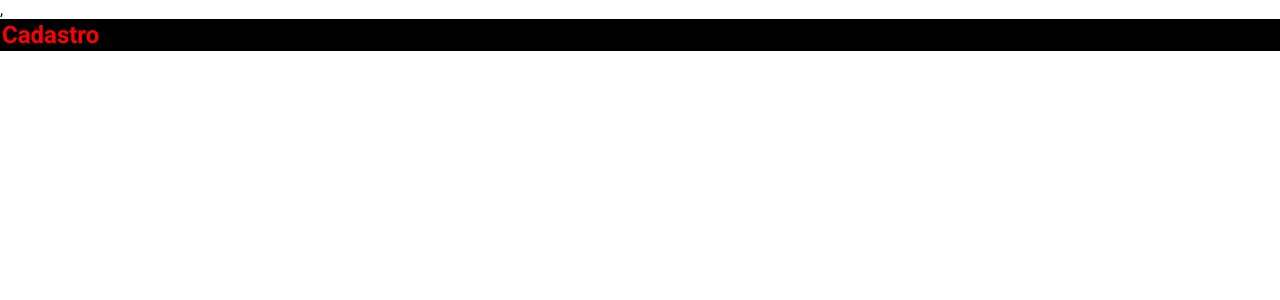
Repository: lcluizrj/meu-projeto-vscode
Page: / (app in cadastro-usuarios-devclub/)
An editor plug-in stored every save of this project. The page is shown before and after the next save, followed by the edit.
The browser window is 1280 px wide. The pictures show the whole page.
The project was rebuilt for these pictures with package versions that can differ from the ones it lists, and the page was loaded fresh each time. Also part of the build but not shown: cadastro-usuarios-devclub/vite.config.js.

Above is the page before, as saved 2026-08-12 19:00:30.

### cadastro-usuarios-devclub/index.html
<!doctype html>
<html lang="en">
  <head>
    <meta charset="UTF-8" />
    <link rel="icon" type="image/svg+xml" href="/favicon.svg" />
    <meta name="viewport" content="width=device-width, initial-scale=1.0" />
    <title>cadastro-usuarios-devclub</title>
    <link rel="preconnect" href="https://fonts.googleapis.com">
    <link rel="preconnect" href="https://fonts.gstatic.com" crossorigin>
    <link href="https://fonts.googleapis.com/css2?family=Poppins:wght@300;600&family=Roboto:ital,wght@0,100..900;1,100..900&display=swap" rel="stylesheet">
  </head>
  <body>
    <div id="root"></div>
    <script type="module" src="/src/main.jsx"></script>
  </body>
</html>

### cadastro-usuarios-devclub/src/main.jsx
import React from 'react'
import ReactDOM from 'react-dom/client'
import {GlobalStyles} from './styles/GlobalStyles.js'
import App from './App.jsx'

ReactDOM.createRoot(document.getElementById('root')).render(
  <React.StrictMode>
    <GlobalStyles/>,
    <App />
  </React.StrictMode>,
)

### cadastro-usuarios-devclub/src/styles/GlobalStyles.js
import { createGlobalStyle } from "styled-components";

export const GlobalStyles = createGlobalStyle`



     *
   {

        margin: 0;
        padding:0;
        box-sizing:border-box;
        font-family: "Roboto", sans-serif;
    }

`

### cadastro-usuarios-devclub/src/App.jsx
import { Container } from "./styles"
import { Title } from "./styles"
function Home() {

return (
  <Container>

    <Title> Cadastro </Title>
  </Container>
)

}

export default Home

### cadastro-usuarios-devclub/src/styles.js
import styled from "styled-components"

export const Container = styled.div `
 background: black;
 border: solid 2px ;
 border-radius: 15;



`
export const Title = styled.h2`

color: red;
border: blue;
font-size: 100;



`

After the next save:
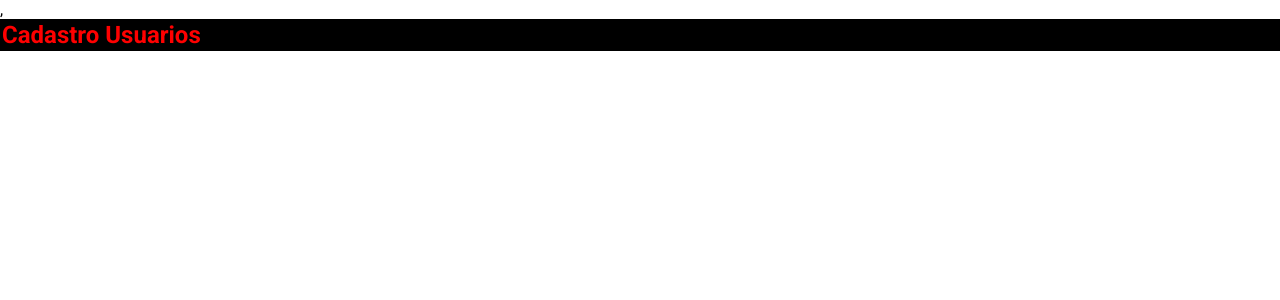
Saved 5 s later.
--- a/cadastro-usuarios-devclub/src/App.jsx
+++ b/cadastro-usuarios-devclub/src/App.jsx
@@ -5,7 +5,7 @@
 return (
   <Container>
 
-    <Title> Cadastro </Title>
+    <Title> Cadastro Usuarios </Title>
   </Container>
 )
 
